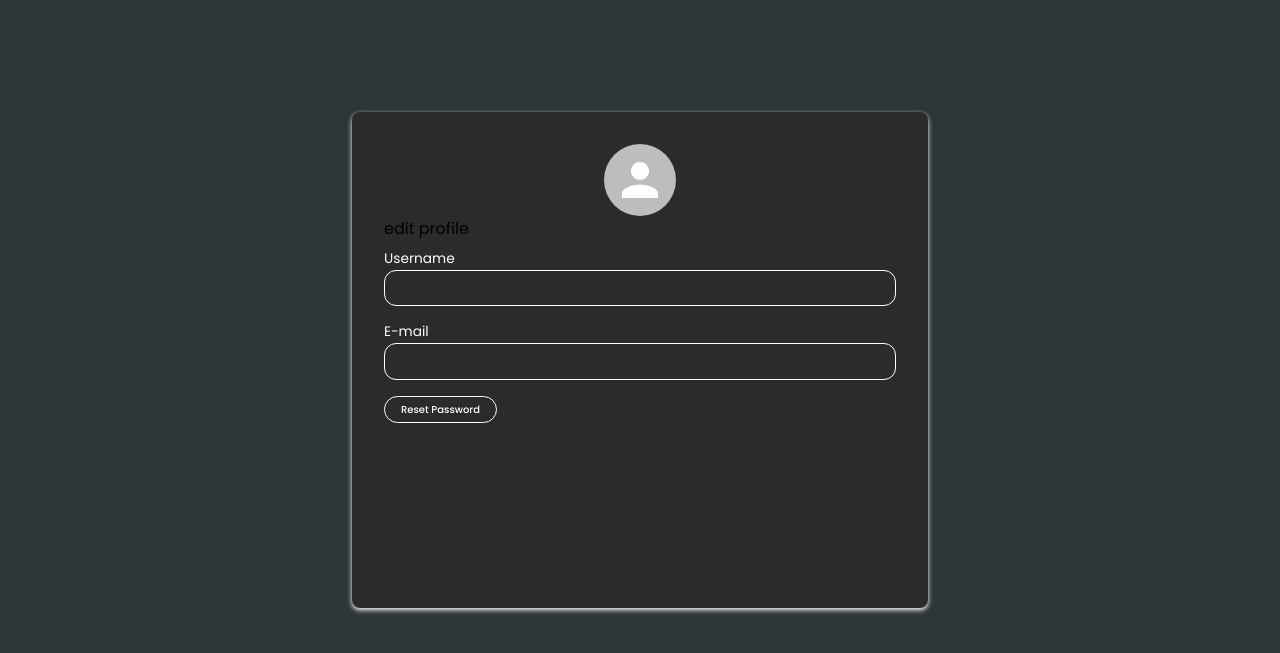
Repository: IzzaSuni/Izza-ToDo
Page: /publicNote/Private/profile
These files come from the project's save history. The page is drawn as it stood at one moment and after the next save; the edit follows.
The browser window is 1280 px wide. The pictures show the whole page.
Some web libraries are served in a nearby version. The project was rebuilt for these pictures with package versions that can differ from the ones it lists, and the page was loaded fresh each time. Also part of the build but not shown: src/App.css, src/services.js, src/components/List.js, src/components/Filter.js, src/components/ohayo.js, src/utils/Query.js, src/components/navbar.js, src/components/MainPage.js and 4 more.

Above is the page before, as saved 2022-08-23 23:12:55.

After the next save:
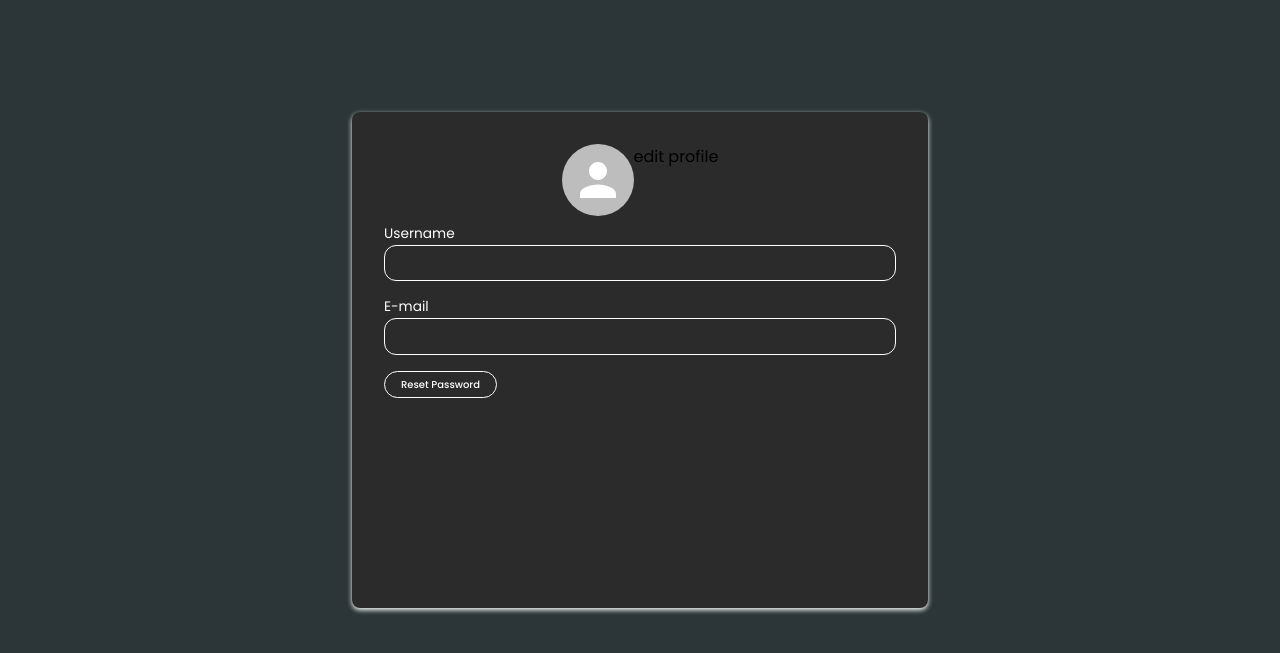
Saved 2 min 1 s later.
--- a/src/components/Profile.js
+++ b/src/components/Profile.js
@@ -48,8 +48,9 @@ export default function Profile() {
             <div onClick={() => document.getElementById("uploadImg").click()}>
               <Avatar id="halo" sx={{ width: '72px', height: '72px' }} src={image ? image : user.picture}></Avatar>
             </div>
+          edit profile
+
           </Box>
-          edit profile
 
           <Box>
             <Box pb={1}>
